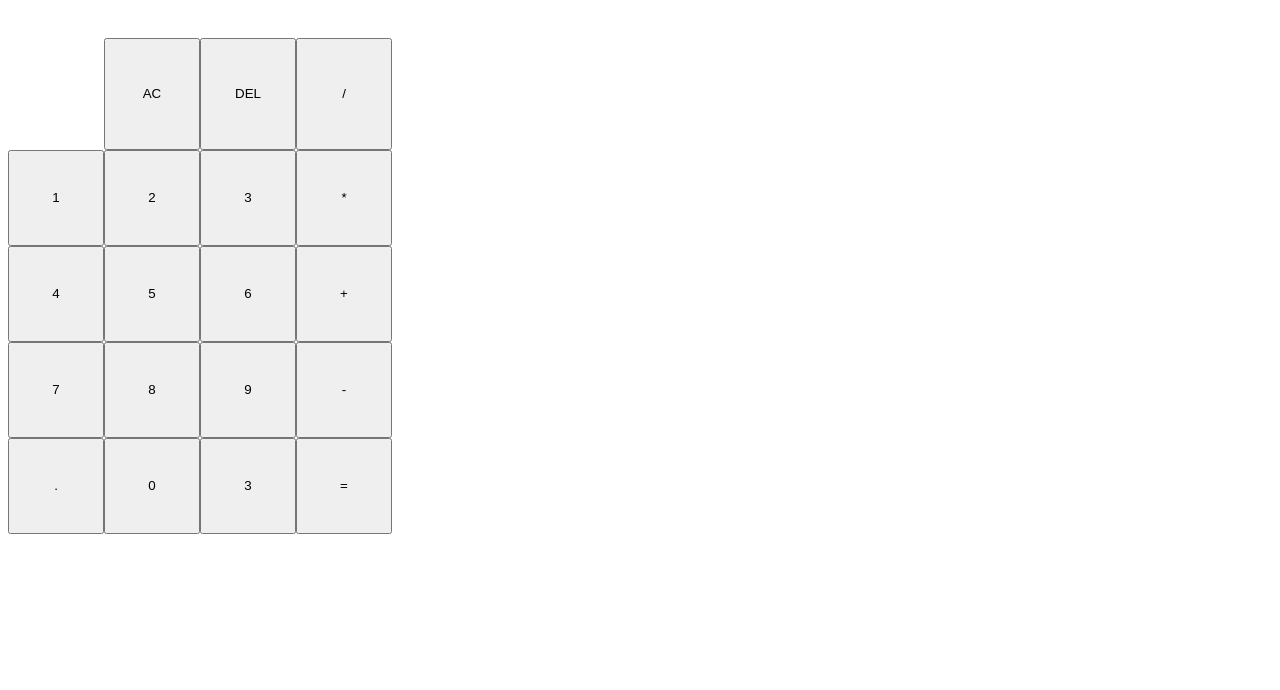
Repository: khadergw/calculator
Page: / (app in calculator/)
The author's editor kept a copy of each file at every save. The page is drawn from the files as they stood at one save, then again after the next save.
The browser window is 1280 px wide. The pictures show the whole page.
The project was rebuilt for these pictures with package versions that can differ from the ones it lists, and the page was loaded fresh each time. Also part of the build but not shown: calculator/src/App.css.

Above is the page before, as saved 2022-09-10 23:22:22.

After the next save:
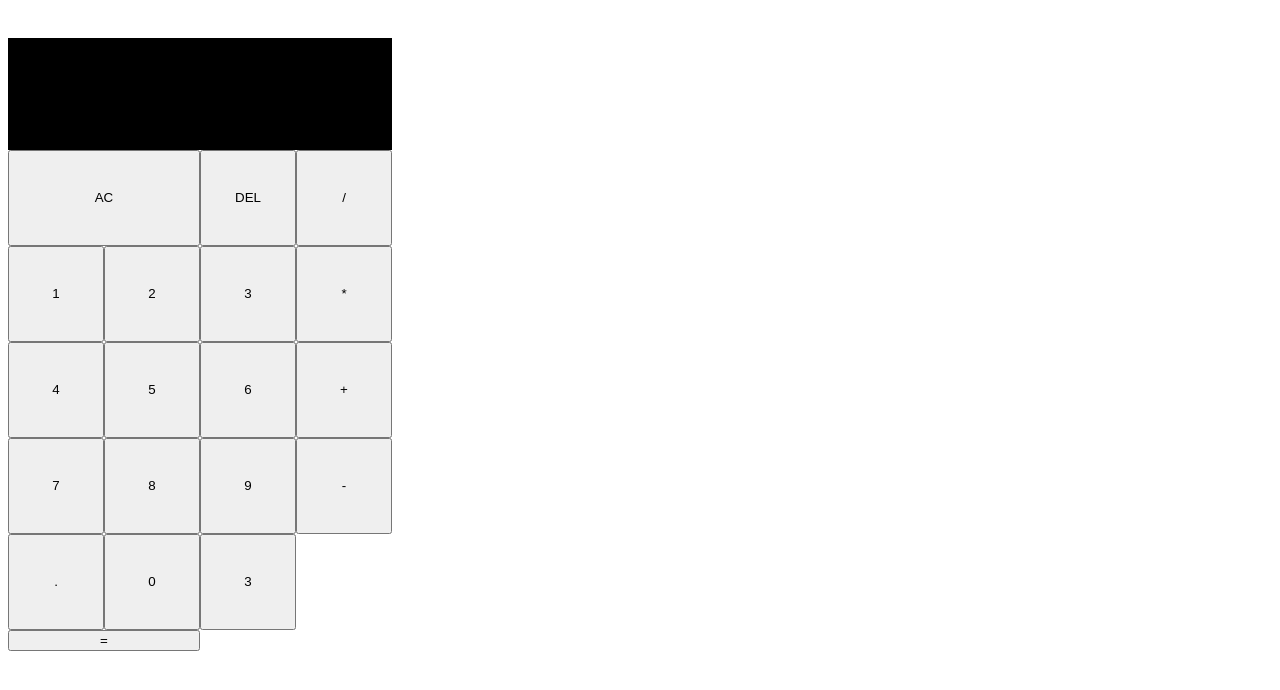
Saved 3 min 36 s later.
--- a/calculator/src/styles.css
+++ b/calculator/src/styles.css
@@ -4,3 +4,12 @@
   grid-template-columns: repeat(4, 6rem);
   grid-template-rows: minmax(7rem, auto) repeat(5, 6rem);
 }
+
+.wider {
+  grid-column: span 2;
+}
+
+.output {
+  background-color: black;
+  grid-column: 1/-1;
+}
